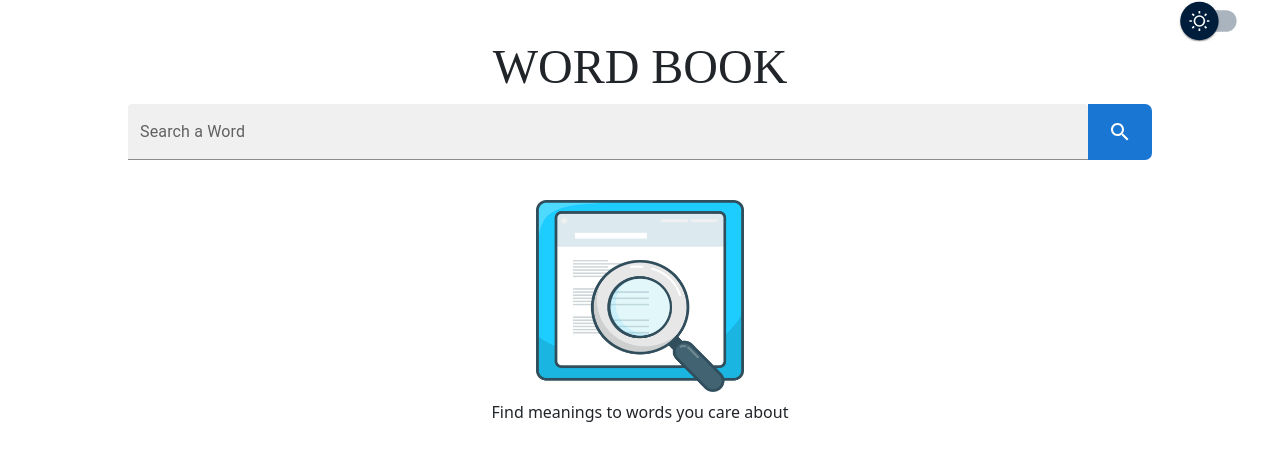
Repository: marveldev/my-dictionary
Page: /
An editor plug-in stored every save of this project. The page is shown before and after the next save, followed by the edit.
The browser window is 1280 px wide. The pictures show the whole page.
The project was rebuilt for these pictures with package versions that can differ from the ones it lists, and the page was loaded fresh each time. Also part of the build but not shown: src/components/themeSwitcher/MUISwitch.jsx.

Above is the page before, as saved 2022-05-22 16:31:37.

### public/index.html
<!DOCTYPE html>
<html lang="en">
  <head>
    <meta charset="utf-8" />
    <meta name="viewport" content="width=device-width, initial-scale=1" />
    <meta name="theme-color" content="#000000" />
    <meta
      name="description"
      content="Web site created using create-react-app"
    />
    <link href="https://cdn.jsdelivr.net/npm/bootstrap@5.1.3/dist/css/bootstrap.min.css" rel="stylesheet"
          integrity="sha384-1BmE4kWBq78iYhFldvKuhfTAU6auU8tT94WrHftjDbrCEXSU1oBoqyl2QvZ6jIW3" crossorigin="anonymous"
    />
    <link rel="apple-touch-icon" href="./icon-192x192.png" />
    <link rel="icon" href="./icon-192x192.png" />
    <link rel="manifest" href="./manifest.json" />
    <title>My Dictionary</title>
  </head>
  <body>
    <noscript>You need to enable JavaScript to run this app.</noscript>
    <div id="root"></div>
  </body>
</html>

### src/index.js
import React from 'react'
import ReactDOM from 'react-dom'
import App from './App'
import swDev from './swDev'
import './index.css'

ReactDOM.render(
  <React.StrictMode>
    <App />
  </React.StrictMode>,
  document.getElementById('root')
)
swDev()

### src/App.js
import { useState } from 'react'
import { createTheme } from '@mui/material'
import { Form, Output, ThemeSwitcher } from './components'

const App = () => {
  const [definitions, setDefinitions] = useState([])
  const [appMode, setAppMode] = useState('online')
  const [isLoading, setIsLoading] = useState(null)

  const storedTheme = localStorage.getItem('theme') || 'light'
  const [theme, setTheme] = useState(storedTheme)

  const themePalette = createTheme({
    palette: {
      mode: theme,
    },
  })

  return (
    <div className={`${theme} app`}>
      <div className="top-column top-0 w-100">
        <ThemeSwitcher setTheme={setTheme} theme={theme} themePalette={themePalette} />
        <h1 className="text-center">{definitions?.word || 'WORD BOOK'}</h1>
        <Form
          setDefinitions={setDefinitions}
          themePalette={themePalette}
          setAppMode={setAppMode}
          setIsLoading={setIsLoading}
        />
      </div>

      <Output definitions={definitions} appMode={appMode} isLoading={isLoading} />
    </div>
  )
}

export default App

### src/swDev.js
export default function swDev() {
  let swUrl = `${process.env.PUBLIC_URL}/sw.js`
  navigator.serviceWorker.register(swUrl).then(response => {
    console.warn("response", response)
  })
}

### src/index.css
body {
  margin: 0;
}

.app {
  position: absolute;
  width: 100%;
  height: 100%;
  transition: all 0.5s linear 0s;
}

.top-column {
  position: fixed;
  background: #fff;
  z-index: 1;
}

h1 {
  font-size: 3em;
  font-family: 'Montserrat light', serif;
}

.form {
  width: 80%;
}

#searchButton {
  border-radius: 0 0.5em 0.5em 0;
  box-shadow: none;
}

.output {
  margin-top: 12em;
}

.search-illustration {
  width: 13em;
  height: 13em;
  object-fit: contain;
}

.definition-header {
  padding: 1em 2em;
  font-family: 'Montserrat Medium', serif;
}

.volume-icon {
  transform: scale(1.8);
  color: #000;
}

.definitions-wrapper {
  width: 80%;
  background: #f0f0f0;
}

.definitions-wrapper::-webkit-scrollbar {
  width: 0.5em;
}

.definitions-wrapper::-webkit-scrollbar-thumb {
  border-radius: 0.5em;
  background-color: #bbb7b7;
}

.definition {
  background: #3b5360;
}

button:active {
  transform: translateY(0.2em);
}

.dark {
  background: #282c34;
  color: #fff;
}

.dark #searchButton {
  background: #1174ff;
  color: #fff;
}

.dark .definitions-wrapper {
  background: #3b3f46;
}

.dark .definition {
  background: #355c6c;
}

.dark .volume-icon {
  color: #fff;
}

@media screen and (max-width: 628px) {
  .form {
    width: 95%;
  }

  .definition-header {
    padding: 0.5em 0;
  }

  .definitions-wrapper {
    width: 95%;
    padding: 0 1.2em;
  }
}

### src/components/index.js
export { default as Form } from './form/Form'
export { default as Output } from './output/Output'
export { default as ThemeSwitcher } from './themeSwitcher/ThemeSwitcher'

### src/components/form/Form.jsx
import { useState } from 'react'
import debounce from 'lodash.debounce'
import wordList from 'word-list-json'
import { TextField, ThemeProvider, Autocomplete, Button } from '@mui/material'
import SearchIcon from '@mui/icons-material/Search'

const Form = ({ setDefinitions, themePalette, setIsLoading, setAppMode }) => {
  const [filteredWords, setFilteredWords] = useState([])
  const [word, setWord] = useState('')

  const url = `https://api.dictionaryapi.dev/api/v2/entries/en/${word}`

  const doWordFilter = debounce(value => {
    if(value.trim().length >= 1) {
      const wordFilter = wordList?.filter(word => word.startsWith(value.toLowerCase())).slice(0, 30)
      setFilteredWords(wordFilter)
    } else {
      setFilteredWords([])
      setWord('')
      setDefinitions([])
    }
  }, 300)

  const fetchDefinition = async event => {
    event?.preventDefault()
    if (word.trim().length >= 1) {
      setIsLoading(true)

      try {
        const response = await fetch(url)
        const data = await response.json()
        if (data) {
          setIsLoading(null)
          setDefinitions(data[0])
          setAppMode('online')
        }
      } catch (error) {
        setAppMode('offline')
        setDefinitions([])
      }
    }
  }

  return (
    <ThemeProvider theme={themePalette}>
      <>
        <Autocomplete
          freeSolo
          disableClearable
          options={filteredWords.map(word => word)}
          onChange={(event, value) =>
            setWord(value)
          }
          renderInput={params =>
            <form
              className="form d-flex m-auto"
              onSubmit={event => fetchDefinition(event)}
            >
              <TextField
                {...params}
                variant="filled"
                label="Search a Word"
                onChange={event => doWordFilter(event.target.value)}
              />
              <Button type="submit" variant="contained" id="searchButton">
                <SearchIcon />
              </Button>
            </form>
          }
        />
      </>
    </ThemeProvider>
  )
}

export default Form

### src/components/output/Output.jsx
import { IconButton } from '@mui/material'
import VolumeUpIcon from '@mui/icons-material/VolumeUp'
import { searchIllustration, loader } from '../assets'

const Output = ({ definitions, isLoading, appMode }) => {
  const playWord = (url) => {
    const audio = new Audio(url)
    audio?.play()
  }

  return (
    <div className="output">
      {isLoading && appMode === 'online' && (
        <div className="text-center">
          <img src={loader} alt="loading" />
        </div>
      )}

      {!isLoading && (
        <>
          {!definitions && (
            <div className="text-center fs-4">😞 we couldn't find definitions for the word you are looking for.</div>
          )}

          {definitions?.length <= 0 && (
            <div className="text-center">
              <img src={searchIllustration} className="search-illustration" alt="search illustration" />
              <p>Find meanings to words you care about</p>
            </div>
          )}

          {definitions?.meanings && (
            <div className="definitions-wrapper m-auto pb-4 rounded">
              <div className="definition-header d-flex align-items-center gap-3">
                {definitions.phonetics[0]?.audio && (
                  <IconButton onClick={() => playWord(definitions.phonetics[0]?.audio)}>
                    <VolumeUpIcon className="volume-icon" />
                  </IconButton>
                )}
                <div>
                  <p className="m-0 fs-5">{definitions?.word}</p>
                  {definitions?.phonetic && <p className="m-0">{definitions?.phonetic}</p>}
                </div>
              </div>
              <ul className="mx-lg-5 ps-0">
                {definitions?.meanings.map((meaning, index) => (
                  <li key={index}>
                    <p>"partOfSpeech": {meaning.partOfSpeech}</p>
                    {meaning.definitions?.map((data, index) => (
                      <div key={index} className="definition text-white rounded p-2 mb-3">
                        <p className="fw-bold">{data.definition}</p>
                        <p>
                          <span className="me-2 fw-bold">Example:</span>
                          {data.example}
                        </p>
                        <p className="mb-0">
                          <span className="me-2 fw-bold">Synonyms:</span>
                          {data.synonyms.join(', ')}
                        </p>
                      </div>
                    ))}
                  </li>
                ))}
              </ul>
            </div>
          )}
        </>
      )}

      {appMode === 'offline' && (
        <div className="text-center fs-4">😞 you are in offline mode or some issue with connection.</div>
      )}
    </div>
  )
}

export default Output

### src/components/themeSwitcher/ThemeSwitcher.jsx
import { FormControlLabel } from '@mui/material'
import { MaterialUISwitch } from './MUISwitch'

const ThemeSwitcher = ({ theme, setTheme, themePalette }) => {
  const switchTheme = () => {
    const currentTheme = theme === 'dark' ? 'light' : 'dark'
    setTheme(currentTheme)
    localStorage.setItem('theme', currentTheme)
  }

  return (
    <div className="text-end mx-lg-4 mt-1">
      <FormControlLabel
        label=''
        control={
          <MaterialUISwitch
            theme={themePalette}
            onChange={switchTheme}
            checked={theme === 'dark' && true}
            aria-label='switch theme'
          />
        }
      />
    </div>
  )
}

export default ThemeSwitcher

### src/components/assets/index.js
export { default as searchIllustration } from './searchIllustration.png'
export { default as loader } from './loader.svg'

After the next save:
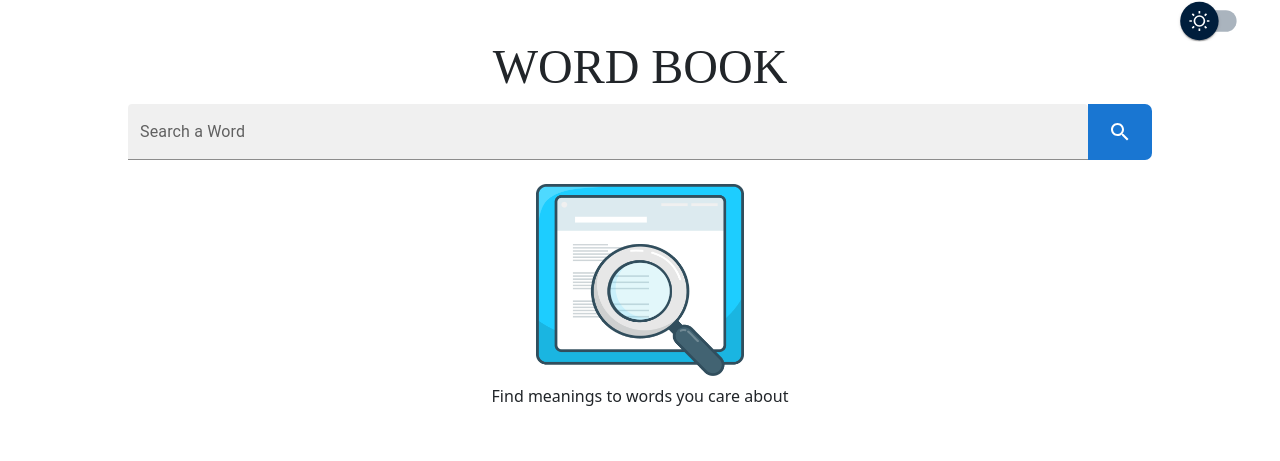
Saved 5 s later.
--- a/src/index.css
+++ b/src/index.css
@@ -30,7 +30,7 @@
 }
 
 .output {
-  margin-top: 12em;
+  margin-top: 11em;
 }
 
 .search-illustration {

After the 4 saves that followed:
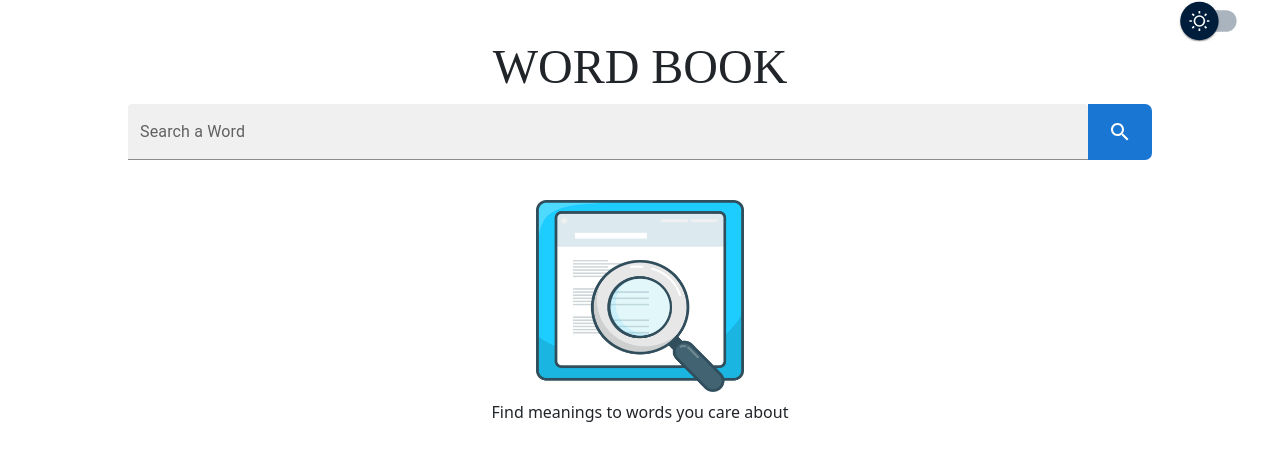
The 4 saves are shown as one change because 3 left the picture as it was.
The last was saved 75 s later.
--- a/src/App.js
+++ b/src/App.js
@@ -18,7 +18,7 @@ const App = () => {
 
   return (
     <div className={`${theme} app`}>
-      <div className="top-column top-0 w-100">
+      <div className="top-column top-0 w-100 pb-4">
         <ThemeSwitcher setTheme={setTheme} theme={theme} themePalette={themePalette} />
         <h1 className="text-center">{definitions?.word || 'WORD BOOK'}</h1>
         <Form
--- a/src/index.css
+++ b/src/index.css
@@ -30,7 +30,7 @@
 }
 
 .output {
-  margin-top: 11em;
+  margin-top: 12em;
 }
 
 .search-illustration {
